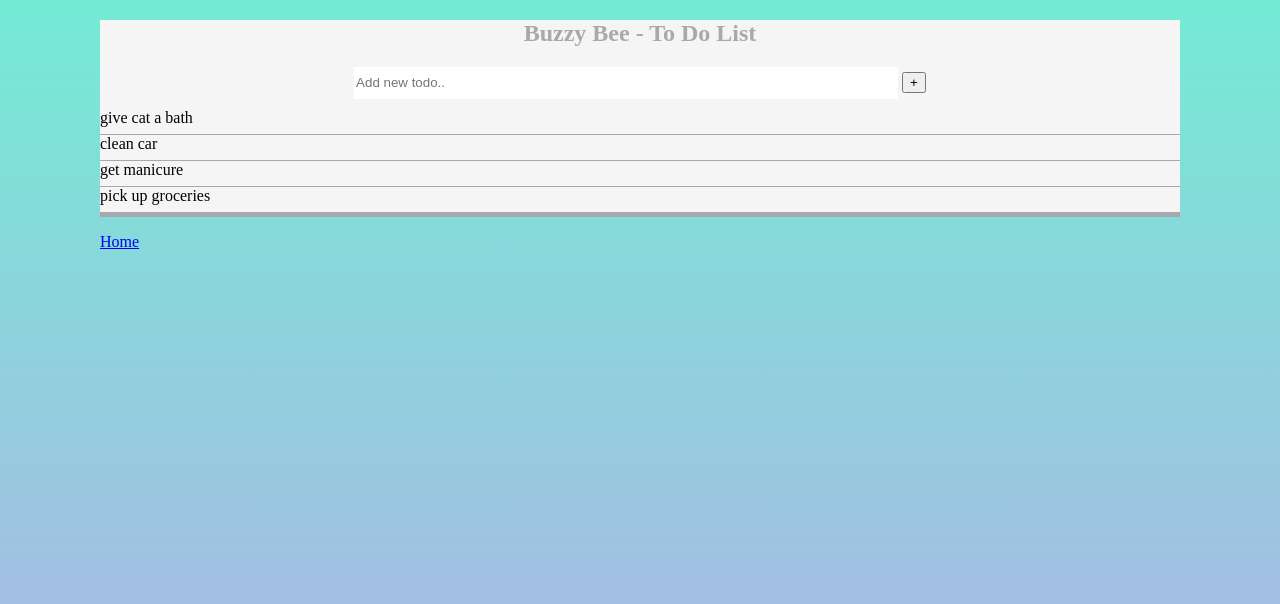
Repository: seleniadelgado/backend-spring2020-angie
Page: projects/todo/public_html/index.html
An editor plug-in stored every save of this project. The page is shown before and after the next save, followed by the edit.
The browser window is 1280 px wide. The pictures show the whole page.
The page's requests for data from a server got no answer.

Above is the page before, as saved 2020-05-12 16:29:39.

After the next save:
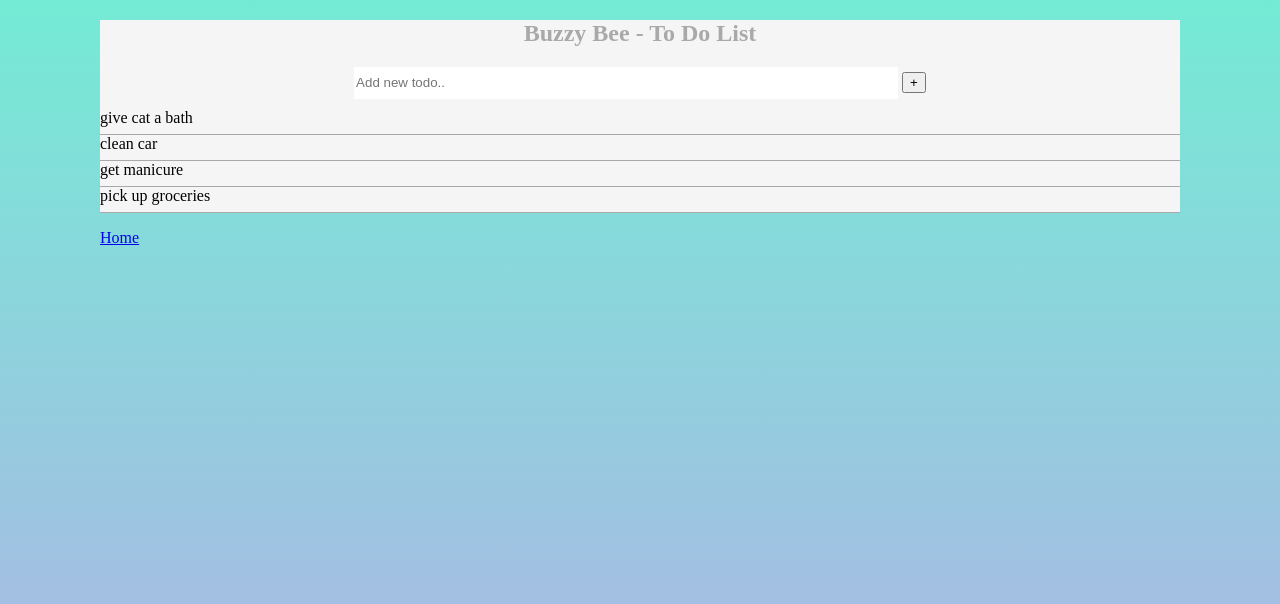
Saved 24 s later.
--- a/projects/todo/public_html/styles.css
+++ b/projects/todo/public_html/styles.css
@@ -10,6 +10,7 @@ body {
 .sectionTitle {
     background-color: whitesmoke;
     text-align: center;
+    border-bottom: px solid darkgray;
 }
 
 .appTitle {
@@ -26,7 +27,6 @@ body {
     list-style: none;
     padding: 0px;
     margin-top: 0px;
-    border-bottom: 4px solid darkgray;
 }
 #myList li {
     height: 25px;
